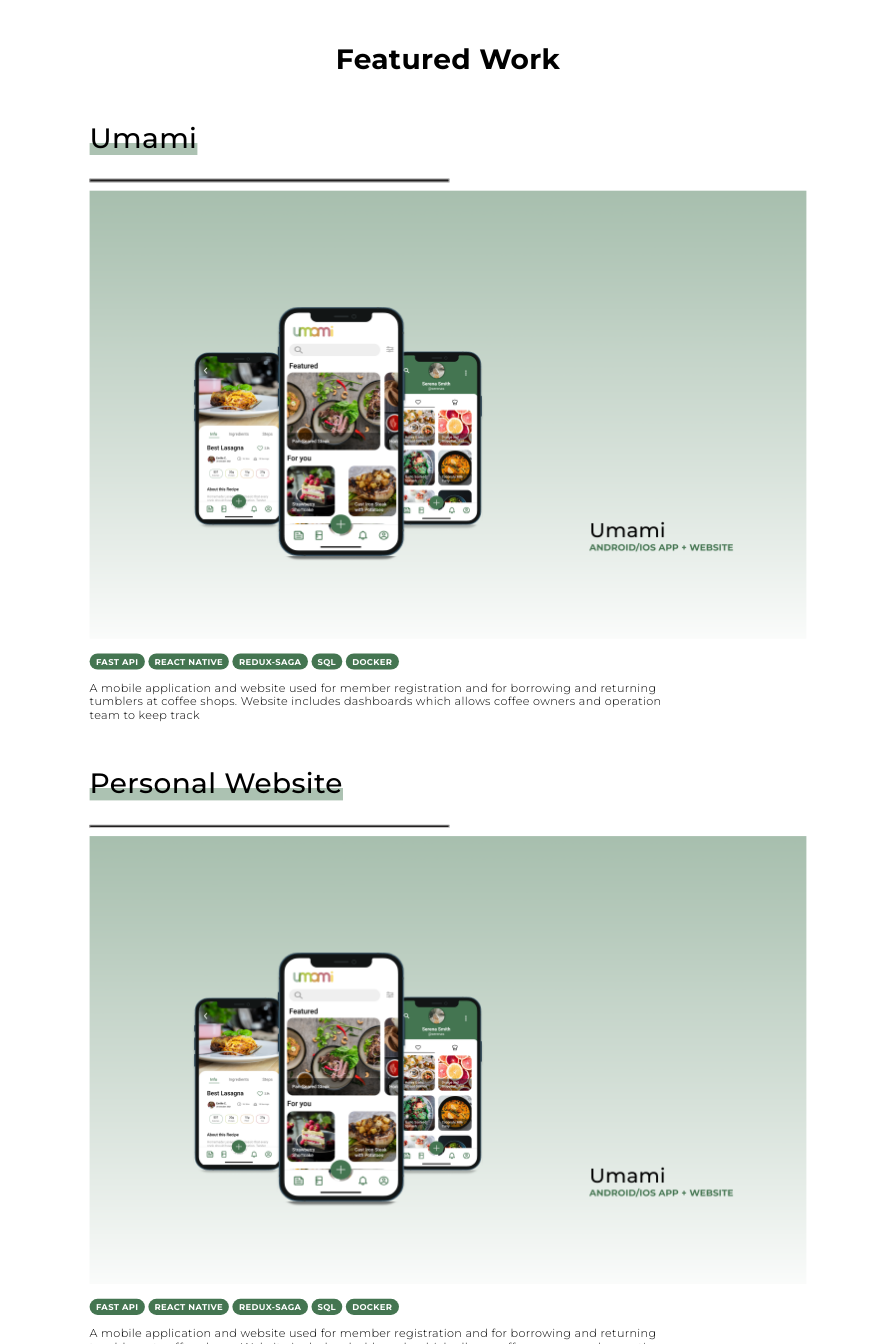
Repository: TangMartin/martintang
Page: index.html
These files come from the project's save history. The page is drawn as it stood at one moment and after the next save; the edit follows.
The browser window is 1280 px wide. The pictures show the part of the page from y = 949 to 2869 px (the page is 2917 px tall before and 2912 px after), at 70% of full size.

Above is the page before, as saved 2021-11-24 21:36:27.

### index.html
<!DOCTYPE html>

<html>
    <head>
        <link href="./styles/style.css" rel="stylesheet">
        <link rel="preconnect" href="https://fonts.googleapis.com">
        <link rel="preconnect" href="https://fonts.gstatic.com" crossorigin>
        <link href="https://fonts.googleapis.com/css2?family=Montserrat:wght@300;500;700&display=swap" rel="stylesheet">
        <title> Martin Tang</title>
    </head>

    <body>
        <!-- Nav Bar-->
        <!-- Main Page-->
        <div class="flex-main">
            <!-- Left Box-->
            <div class="flex-left">
                <h1>Hello! <span class="wave">👋🏻</span> </h1>
                <h1>I'm Martin Tang</h1>
                <hr style="height:5px; width:15%; margin-left:0; background-color:#222020; display: inline-block">
                <h3>I'm a <strong>developer</strong> who believes in leveraging technology to build a more inclusive, ethical and innovative future. </h3>
                <h3>I strive to create genuine relationships and values for both businesses, organizations, and users.</h3>
            </div>
            <!-- Right Box-->
            <div class="flex-right">
                <div class="image-stack">
                    <a style="grid-column: 8; grid-row: 10; cursor: pointer; --turn-radius: 12deg; cursor: pointer;" href="./Martin_Tang_Resume.pdf" target="_blank" download>
                        <img src="./assets/polaroids/Resume.png"/>
                    </a>
                    <img style="grid-column: 3; grid-row: 1; --turn-radius: -12deg;" src="./assets/polaroids/Apsc100.png" />
                    <img style="grid-column: 1; grid-row: 7; --turn-radius: -12deg;" src="./assets/polaroids/Sunset.png" />
                    <img style="grid-column: 7; grid-row: 5; --turn-radius: 15deg;" src="./assets/polaroids/Hongkongpng.png" />
                    <a style="grid-column: 3; grid-row: 12; --turn-radius: -12deg; cursor: pointer;" href="./pages/aboutme.html">
                        <img src="./assets/polaroids/Aboutme.png" />
                    </a>
                    <img style="grid-column: 4; grid-row: 5; --turn-radius: -4deg;"src="./assets/polaroids/Jetski.png" />
                    <a style="grid-column: 5; grid-row: 9; --turn-radius: 10deg; cursor: pointer;" href="#featuredwork">
                        <img src="./assets/polaroids/Projects.png"/>
                    </a>
                </div>
            </div>
        </div>
        <div class="featured_work" id="featuredwork">
            <!-- Featured Work -->
            <h1 style="text-align: center; padding-top: 5rem;"> Featured Work </h1>
            <ul class="work_list">

                <!-- Umami -->
                <li class="work_item">
                    <h1><span class="highlight" style="--highlighter-color: #ACC2B2; margin-bottom: 0px;">Umami</span></h1>
                    <hr style="height:2.5px; width:50%; margin-left:0; background-color:#222020; display: inline-block">
                    <img class="work_image" src="./assets/images/Umami.png" />
                    <div class="technologies">
                        <p>FAST API</p>
                        <p>REACT NATIVE</p>
                        <p>REDUX-SAGA</p>
                        <p>SQL</p>
                        <p>DOCKER</p>
                    </div>
                    <p class="work_description">
                        A mobile application and website used for member registration and for borrowing and returning tumblers at coffee shops.  Website includes dashboards which allows coffee owners and operation team to keep track
                    </p>
                </li>

                <!-- Personal Website -->
                <li class="work_item">
                    <h1><span class="highlight" style="--highlighter-color: #ACC2B2">Personal Website</span></h1>
                    <hr style="height:2.5px; width:50%; margin-left:0; background-color:#222020; display: inline-block">
                    <img class="work_image" src="./assets/images/Umami.png" />
                    <div class="technologies">
                        <p>FAST API</p>
                        <p>REACT NATIVE</p>
                        <p>REDUX-SAGA</p>
                        <p>SQL</p>
                        <p>DOCKER</p>
                    </div>
                    <p class="work_description">
                        A mobile application and website used for member registration and for borrowing and returning tumblers at coffee shops.  Website includes dashboards which allows coffee owners and operation team to keep track
                    </p>
                </li>

            </ul>
        </div>
    </body>
</html>

### styles/style.css
:root {
    --highlighter-color: #EEDF5B;
    --umami-color: #447551;
    --turn-radius: 6deg;
}

html{
    scroll-behavior: smooth;
}
body {
    max-width: 70rem;
    margin-right: auto;
    margin-left: auto;
    width: 80vw;
    padding-top: 2rem;
}

body,
h1,
h2,
h3,
h4,
h5 {
  font-family: 'Montserrat', sans-serif;
  letter-spacing: 0.5px;
}

h3 {
    margin-top: 10px;
    color: #222020;
    font-size: 20px;
    font-weight: 300;
}

/* MAIN PAGE */
.flex-main {
    display: flex;
    flex-direction: row;
}
.flex-main h1 {
    display: flex;
    flex-direction: row;
    font-size: 50px;
    margin: 5px 0px 10px 0px;
}

.flex-left {
    width: 40%;
    padding-top: 23%;
    padding-bottom: 2%;
}
.flex-right {
    width: 60%;
}
.image-stack{
    display: grid;
    grid-template-columns: repeat(12, 55px);
    grid-template-rows: repeat(19, 48px);
    padding-left: 10%;

}
.image-stack img {
    transition: all 0.3s ease-in-out 0s;
}
.image-stack img:hover {
    transform: rotate(var(--turn-radius));
    transition: all 0.3s ease-in-out 0s;
}

.wave {
    animation-name: wave-animation;  /* Refers to the name of your @keyframes element below */
    animation-duration: 2.5s;        /* Change to speed up or slow down */
    animation-iteration-count: infinite;  /* Never stop waving :) */
    transform-origin: 70% 70%;       /* Pivot around the bottom-left palm */
    display: inline-block;
    padding: 2px;
  }

  @keyframes wave-animation {
      0% { transform: rotate( 0.0deg) }
     10% { transform: rotate(14.0deg) }  /* The following five values can be played with to make the waving more or less extreme */
     20% { transform: rotate(-8.0deg) }
     30% { transform: rotate(14.0deg) }
     40% { transform: rotate(-4.0deg) }
     50% { transform: rotate(10.0deg) }
     60% { transform: rotate( 0.0deg) }  /* Reset for the last half to pause */
    100% { transform: rotate( 0.0deg) }
  }

/* FEATUERED WORK */
.featured_work {
    margin-top: -5%;
}
.featured_work h1 {
    font-size: 40px;
}
.work_list {
    list-style: none;
    padding-left: 0;
}
.work_item {
    margin-top: 4rem;
}
.work_image {
    max-width: 100%;
}
.work_description {
    margin-top: 5px;
    font-weight: 300;
    width: 80%;
}
.highlight {
    background: linear-gradient(180deg, #FFFFFF 65%, var(--highlighter-color) 65%);
    font-weight: 400;
}
.technologies {
    margin-top: 5px;
    display: flex;
    flex-direction:row;

}
.technologies p {
    font-size: 12px;
    margin-right: 5px;
    color: #FFFFFF;
    font-weight: 600;
    border-radius:20px;
    padding: 4px 9px 4px 9px;
    background: var(--umami-color);
}

After the next save:
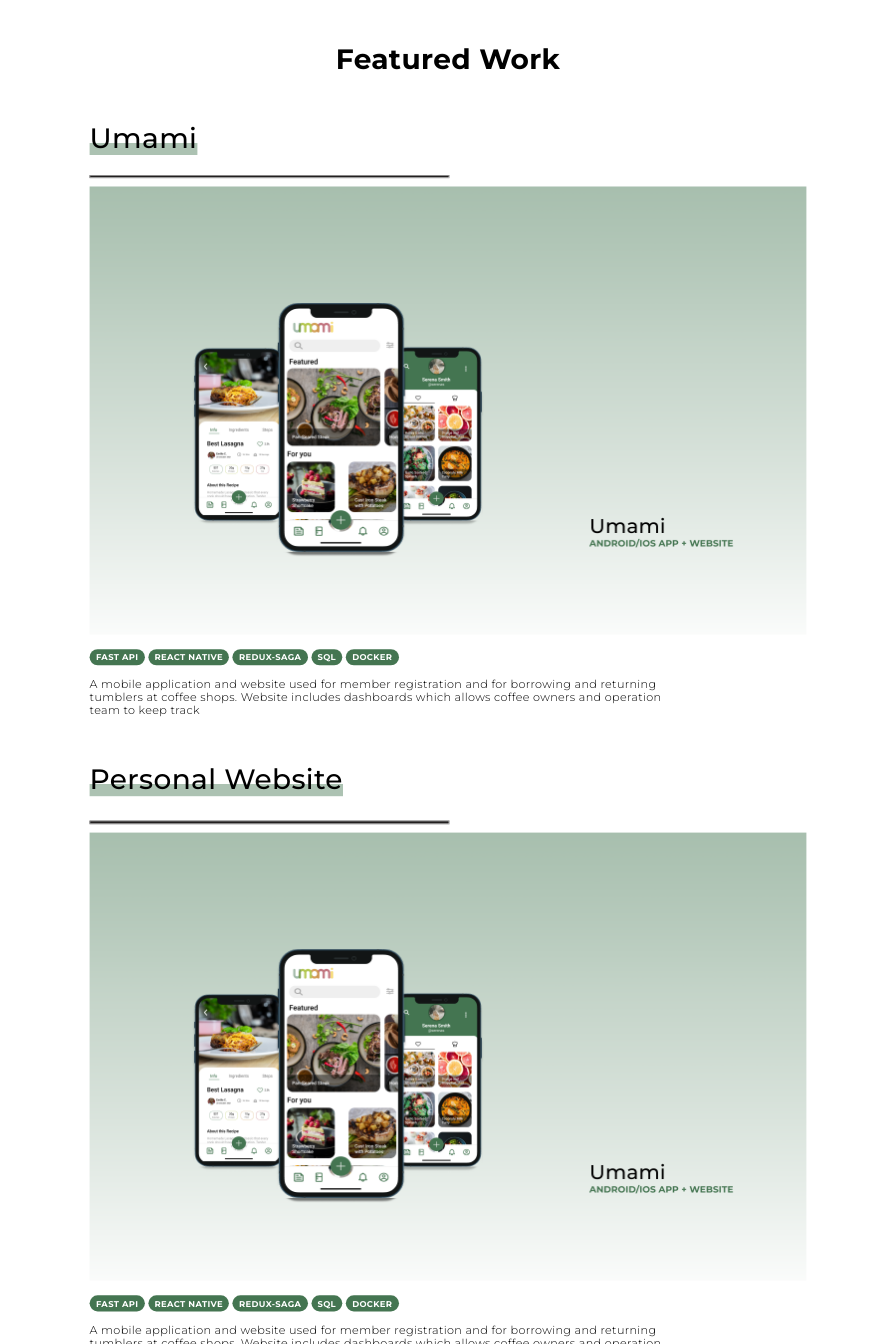
Saved 46 s later.
--- a/index.html
+++ b/index.html
@@ -47,8 +47,8 @@
 
                 <!-- Umami -->
                 <li class="work_item">
-                    <h1><span class="highlight" style="--highlighter-color: #ACC2B2; margin-bottom: 0px;">Umami</span></h1>
-                    <hr style="height:2.5px; width:50%; margin-left:0; background-color:#222020; display: inline-block">
+                    <h1><span class="highlight" style="--highlighter-color: #ACC2B2;">Umami</span></h1>
+                    <hr style="height:2.5px; width:50%; margin-left:0; background-color:#222020; display: inline-block; margin-top: 0px;">
                     <img class="work_image" src="./assets/images/Umami.png" />
                     <div class="technologies">
                         <p>FAST API</p>
